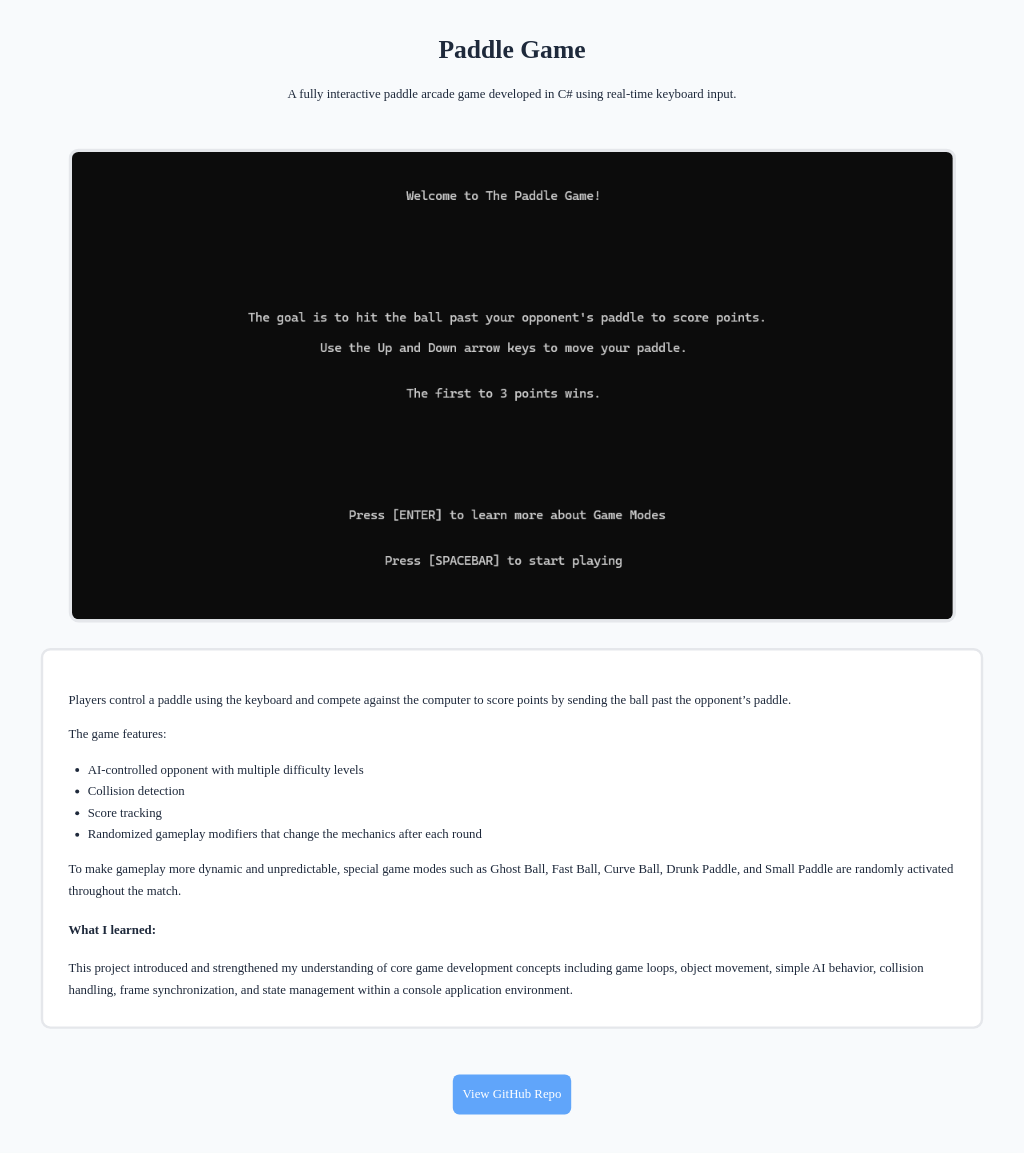
Repository: alison-cunningham/alison-cunningham
Page: pages/paddle-game.html
An editor plug-in stored every save of this project. The page is shown before and after the next save, followed by the edit.
The browser window is 1280 px wide. The pictures show the whole page, at 80% of full size.
Some web fonts or font styles are not loaded; a fallback is used.

Above is the page before, as saved 2026-05-12 17:06:26.

### pages/paddle-game.html
<!DOCTYPE html>
<html lang="en">
<head>
    <meta charset="UTF-8" />
    <title>Project - Paddle Game</title>
    <meta name="viewport" content="width=device-width, initial-scale=1.0">
    <link rel="stylesheet" href="../styles/globals.css"/>
    <link rel="stylesheet" href="../styles/pages.css">
</head>
<body>
    <header class="project-header">
        <h1>Paddle Game</h1>
        <p>
            A fully interactive paddle arcade game developed in C# using real-time keyboard input.
        </p>
    </header>

    <img src="../assets/images/paddle-game-screenshot-2.png" alt="Screenshot from Paddle Game gameplay">

    <section class="project-description">
        <p>
            Players control a paddle using the keyboard and compete against the computer to score points by sending the ball past the opponent’s paddle.
        </p>


        The game features:
        <ul>
            <li>AI-controlled opponent with multiple difficulty levels</li>
            <li>Collision detection</li>
            <li>Score tracking</li>
            <li>Randomized gameplay modifiers that change the mechanics after each round</li>
        </ul>


        To make gameplay more dynamic and unpredictable, special game modes such as Ghost Ball, Fast Ball, Curve Ball, Drunk Paddle, and Small Paddle are randomly activated throughout the match.
        <br>
        <h4>What I learned:</h4>
        This project introduced and strengthened my understanding of core game development concepts including game loops, object movement, simple AI behavior, collision handling, frame synchronization, and state management within a console application environment.
    </section>

    <br>
    <a class="project-link"
        href="https://github.com/alison-cunningham/PaddleGame-2D-Collision-Simulation.git"
        target="_blank">
        View GitHub Repo
    </a>

</body>

</html>

### styles/globals.css
@font-face{
    font-family: 'Radio-Canada';
    src: url('../assets/fonts/Radio_Canada/RadioCanada-VariableFont_wdth\,wght.ttf')
}



body{
    font-family: 'Radio-Canada';

    background-color: #f8fafc;
    color: #1e293b;

    line-height: 1.6;
    font-size: 1rem;

    margin: 0;
    overflow-x: hidden;
}


a{
    text-decoration: none;
    color: inherit;
}

h3{
    font-size: 1.4rem;
    margin-bottom: 1rem;
    color: #0f172a;
}

.page-header{
    width: 90%;
    padding: 1rem 0;

    background-color: #ffffff;
    border-bottom: .2rem solid #e5e7eb85;

    display: flex;
    flex-direction: column;
    align-items: center;
    justify-content: center;

    font-size: 1.2rem;
}

header.h1{
    font-size: 3rem;
    margin: 0;
}

.nav-bar{
    display: flex;
    gap: 2rem;

    width: 90%;
    max-width: 100%;

    overflow-x: auto;

    padding: 0.5rem 1rem;
    margin-left: 2.5rem;
    margin-right: 2.5rem;

    font-size: 1.5rem;
}

.nav-bar::-webkit-scrollbar{
    height: 0.45rem;
}

.nav-bar::-webkit-scrollbar-track{
    background: #e5e7eb;
    border-radius: 999rem;
}

.nav-bar::-webkit-scrollbar-thumb{
    background: #34d399;
    border-radius: 999rem;
}

.hover-text{
    color: #60a5fa;
    position: relative;
}

.hover-text:hover{
    color: #34d399;
}

.hover-text::after{
    content:"";
    position: absolute;
    left: 0;
    bottom: -2px;

    width: 0%;
    height: 2px;
    background: #34d399;
    transition: width 0.6s ease;

}

.hover-text:hover::after {
    width: 100%;
}

### styles/pages.css
body{
    display: flex;
    flex-direction: column;
    align-items: center;

    margin: 0 auto;
    padding: 0 1.5rem;

}

.main-header{
    display: grid;
    justify-content: center;
    text-align: center;

    font-size: 1.2rem;
}

.project-header{
    display: grid;
    justify-content: center;
    text-align: center;

    padding: 1rem .5rem .5rem;
}

h1{
    margin-bottom: 0;
}

nav{
    width: 100%;
    margin: 1rem auto;
    padding: .75rem;

    background-color: #ffffff;
    border: .2rem solid #e5e7eb;
    border-radius: 1rem;

    display: flex;
    justify-content: center;
    gap: 1rem;
    flex-wrap: wrap;

}

nav a{

    color: #60a5fa;
    padding: .5rem .5rem;
    border-radius: .75rem;

    font-size: 1.1rem;

    transition:
        background-color 0.3s ease,
        color 0.3s ease,
        transform 0.3s ease;
}

nav a:hover{
    background-color: #34d399;
    color: white;
}

img{
    display: block;
    max-width: 90%;
    margin: 2rem auto;
    border: .3rem solid #e5e7eb;
    border-radius: .75rem;
}

.project-description{
    max-width: 90%;

    margin: 0 auto 2rem;
    padding: 2rem;

    background-color: #ffffff;
    border: .2rem solid #e5e7eb;
    border-radius: .75rem;

    line-height: 1.7;
}

.project-description ul{
    margin-top: 1rem;
    margin-bottom: 1rem;
    padding-left: 1.5rem;
}

.project-link{
    display: block;
    width: fit-content;

    margin: 0 auto 3rem;
    padding: .75rem;

    background-color: #60a5fa;
    color: white;

    text-decoration: none;

    border-radius: .5rem;

    transition: background-color 0.3s ease;
    transition: transform 0.2s ease;
}

.project-link:hover{
    background-color: #34d399;
}

summary{
    text-align: center;
    margin-bottom: 2rem;
}

.learned{
    line-height: 2rem;
    background-color: #e5e7eb;
    padding: 0.4rem 2.5rem 1rem;
    margin: 2rem;
    border-radius: 0.75rem;
}

.payroll-breakdown{
    line-height: 1.4rem;
}

iframe{
    width: 100%;
    min-height: 80vh;
    border: 0;
}

After the next save:
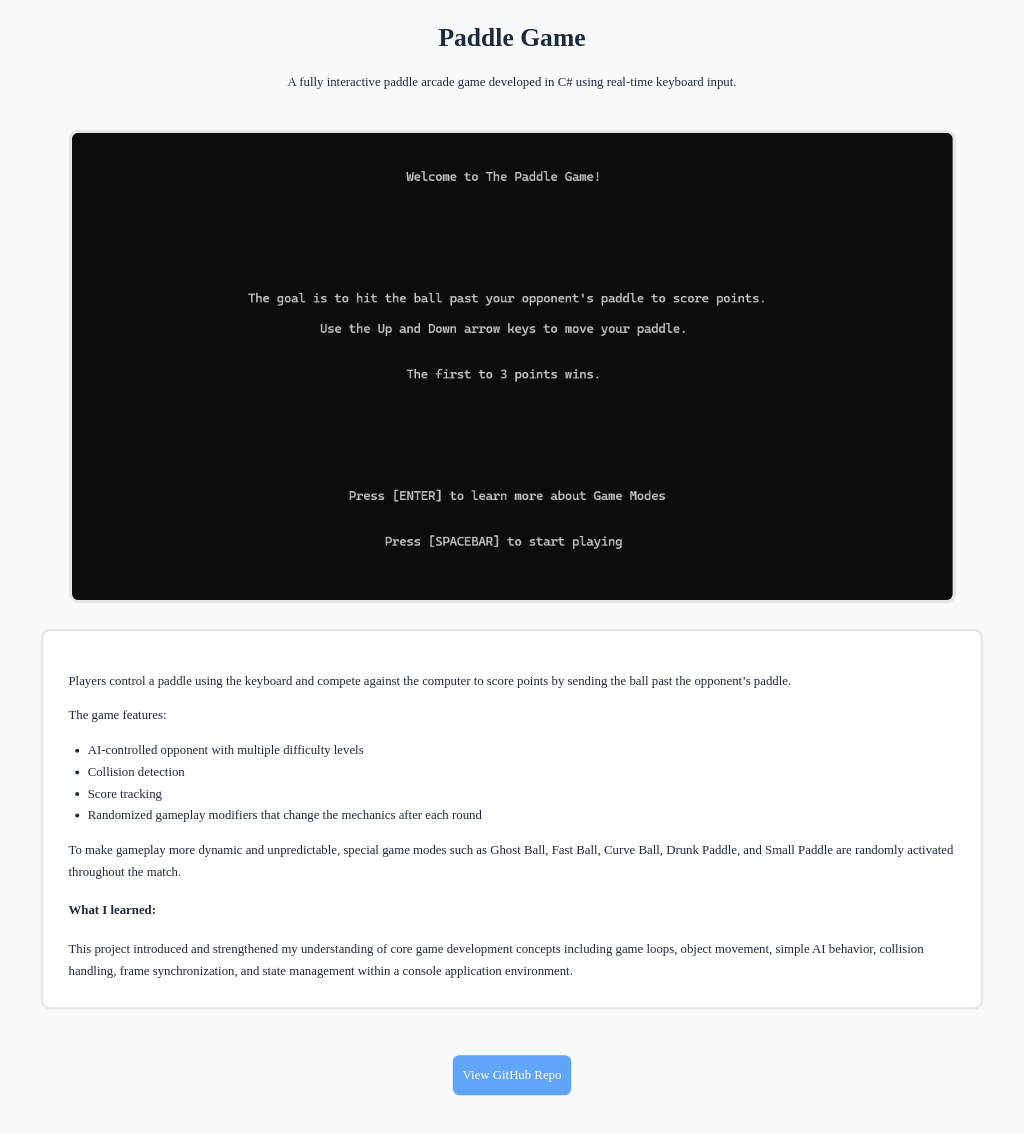
Saved 2 min 22 s later.
--- a/styles/pages.css
+++ b/styles/pages.css
@@ -20,8 +20,6 @@ body{
     display: grid;
     justify-content: center;
     text-align: center;
-
-    padding: 1rem .5rem .5rem;
 }
 
 h1{
